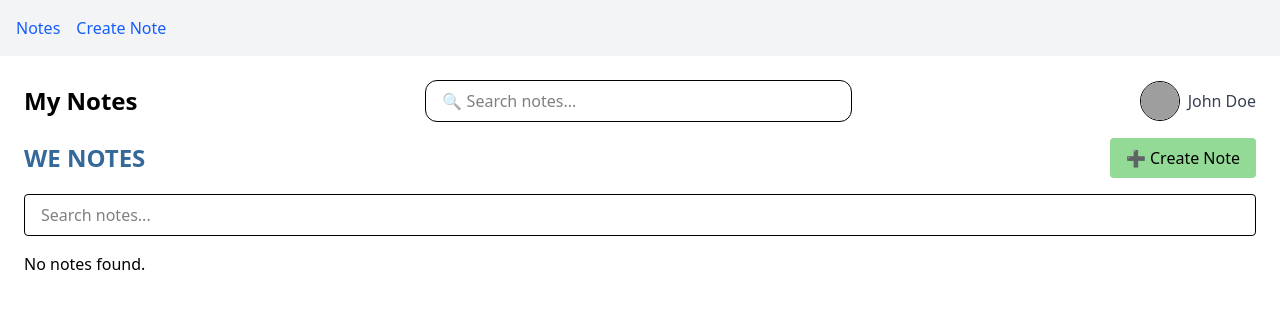
Repository: pin-seavmuy/NoteApplication
Page: / (app in note-vue/)
An editor plug-in stored every save of this project. The page is shown before and after the next save, followed by the edit.
The browser window is 1280 px wide. The pictures show the whole page.
Pictures or frames that could not be fetched are drawn as grey boxes. The page's requests for data from a server got no answer. The project was rebuilt for these pictures with package versions that can differ from the ones it lists, and the page was loaded fresh each time. No one was signed in, and anything a server would have sent is missing. Also part of the build but not shown: note-vue/vite.config.ts, note-vue/src/components/NoteWrapper.vue, note-vue/src/views/CreateNote.vue, note-vue/src/views/NoteDetail.vue, note-vue/src/views/UpdateNote.vue.

Above is the page before, as saved 2025-09-16 11:13:11.

After the next save:
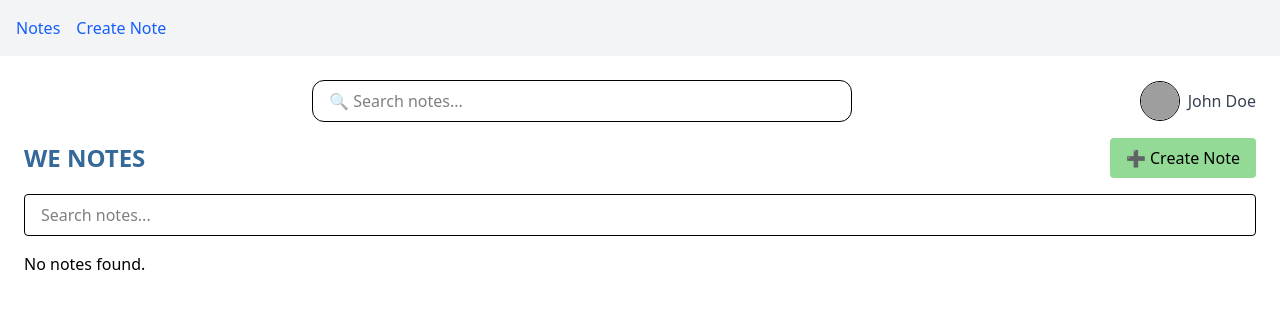
Saved 6 s later.
--- a/note-vue/src/views/NotesList.vue
+++ b/note-vue/src/views/NotesList.vue
@@ -1,7 +1,7 @@
 <template>
   <div class="p-6">
     <div class="flex items-center justify-between mb-4 space-x-72">
-      <h1 class="text-2xl font-bold">My Notes</h1>
+      <h1 class="text-2xl font-bold"</h1>
 
       <input
         v-model="search"
